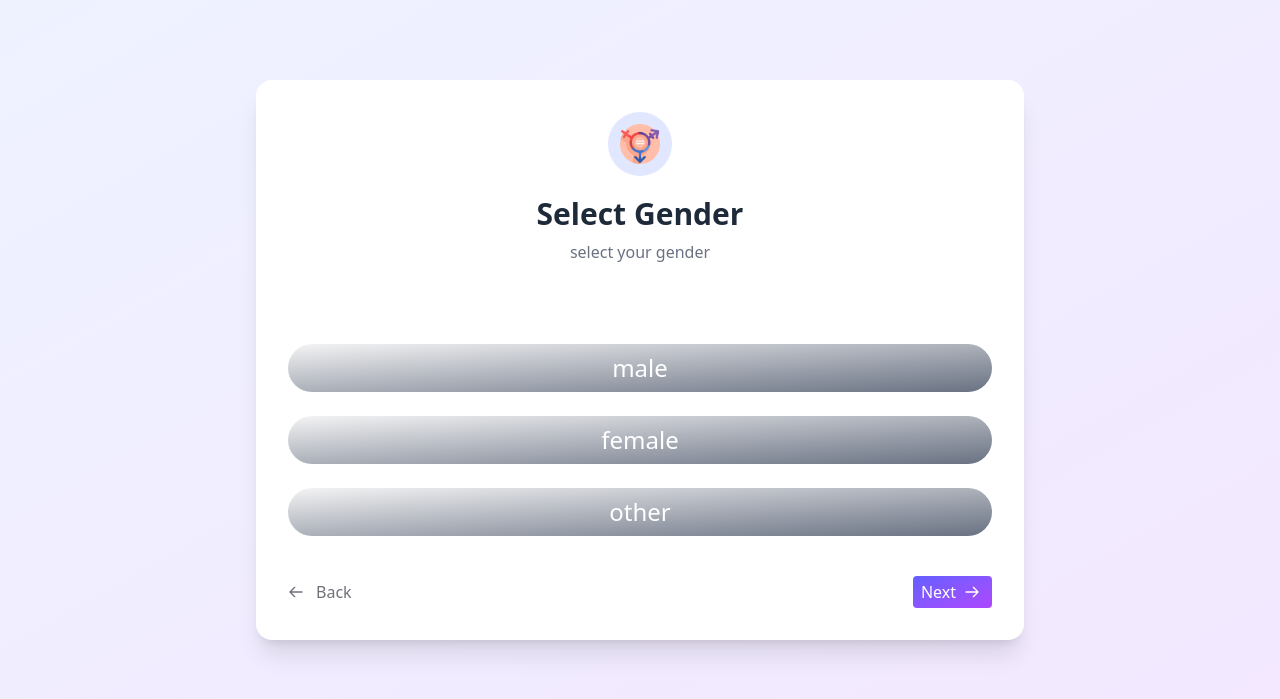
Repository: aryan151pratap/FitPanda
Page: / (app in frontened/)
An editor plug-in stored every save of this project. The page is shown before and after the next save, followed by the edit.
The browser window is 1280 px wide. The pictures show the whole page.
The project was rebuilt for these pictures with package versions that can differ from the ones it lists, and the page was loaded fresh each time. Also part of the build but not shown: frontened/vite.config.js, frontened/src/App.css, frontened/src/components/page_1.jsx, frontened/src/login/login.jsx, frontened/src/login/sign_up.jsx, frontened/src/login/otp.jsx, frontened/src/notification/notify.jsx.

Above is the page before, as saved 2025-06-04 23:18:39.

After the next save:
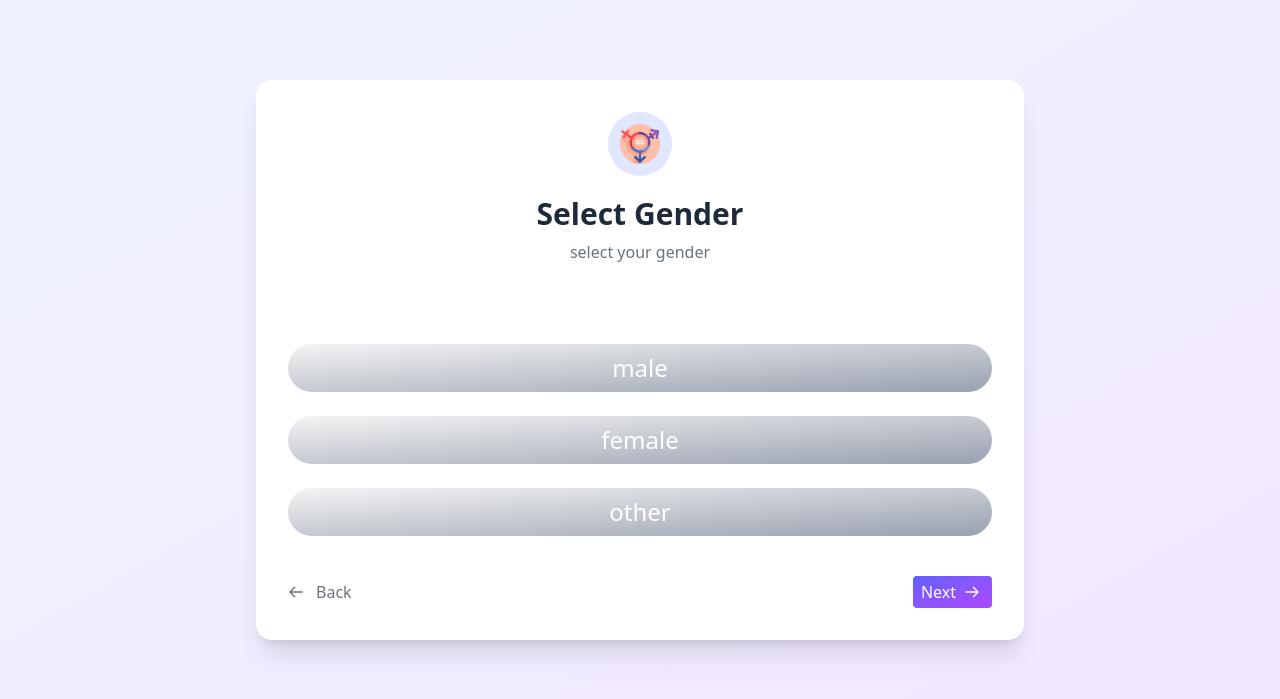
Saved 11 s later.
--- a/frontened/src/about_user/gender.jsx
+++ b/frontened/src/about_user/gender.jsx
@@ -41,7 +41,7 @@ function Gender(){
 						<div className="flex flex-col gap-6 mt-5">
 						{gen.map((i, index) => (
 							<div key={index}>
-								<button className="w-full p-2 text-white text-2xl rounded-full bg-gradient-to-br from-zinc-100 to-gray-500 cursor-pointer transition hover:px-4">
+								<button className="w-full p-2 text-white text-2xl rounded-full bg-gradient-to-br from-zinc-100 to-gray-400 cursor-pointer transition hover:px-4">
 									{i}
 								</button>
 							</div>
